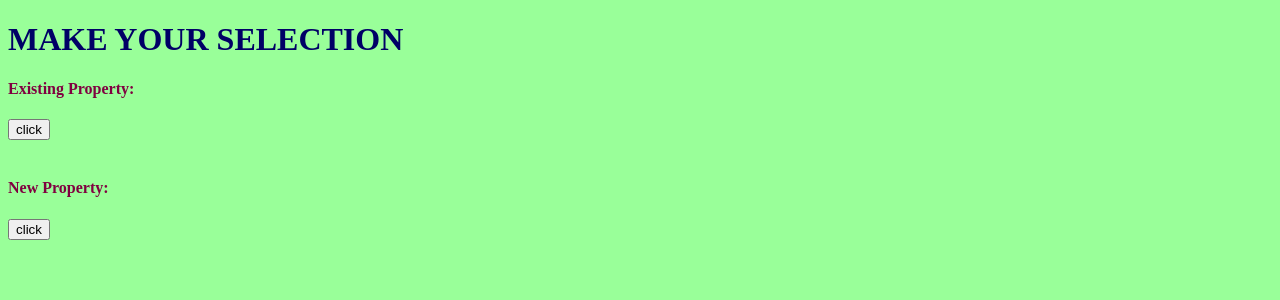
Repository: vinodkumarr269/microservices
Page: http://localhost/MicroServiceProducer/Select.jsp
The author's editor kept a copy of each file at every save. The page is drawn from the files as they stood at one save, then again after the next save.
The browser window is 1280 px wide. The pictures show the whole page.
The page is served by Tomcat 9.

Above is the page before, as saved 2019-10-17 16:26:52.

After the next save:
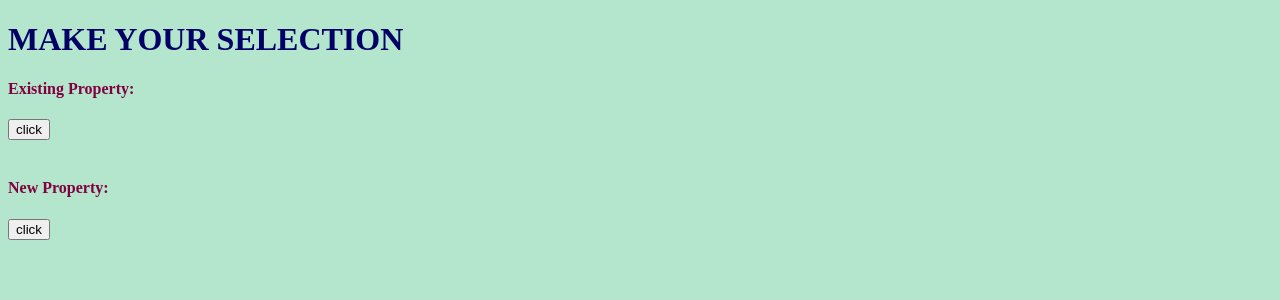
Saved 51 s later.
--- a/microservice/MicroServiceProducer/src/main/webapp/Select.jsp
+++ b/microservice/MicroServiceProducer/src/main/webapp/Select.jsp
@@ -6,7 +6,7 @@
 <meta charset="ISO-8859-1">
 <title>Insert title here</title>
 </head>
-<body bgcolor="#99ff99">
+<body bgcolor="#b3e6cc">
 <form method="post" action = " " >
 <h1 style="color:#000066">MAKE YOUR SELECTION</h1>
 <h4 style="color:#800040">Existing Property:</h4>
